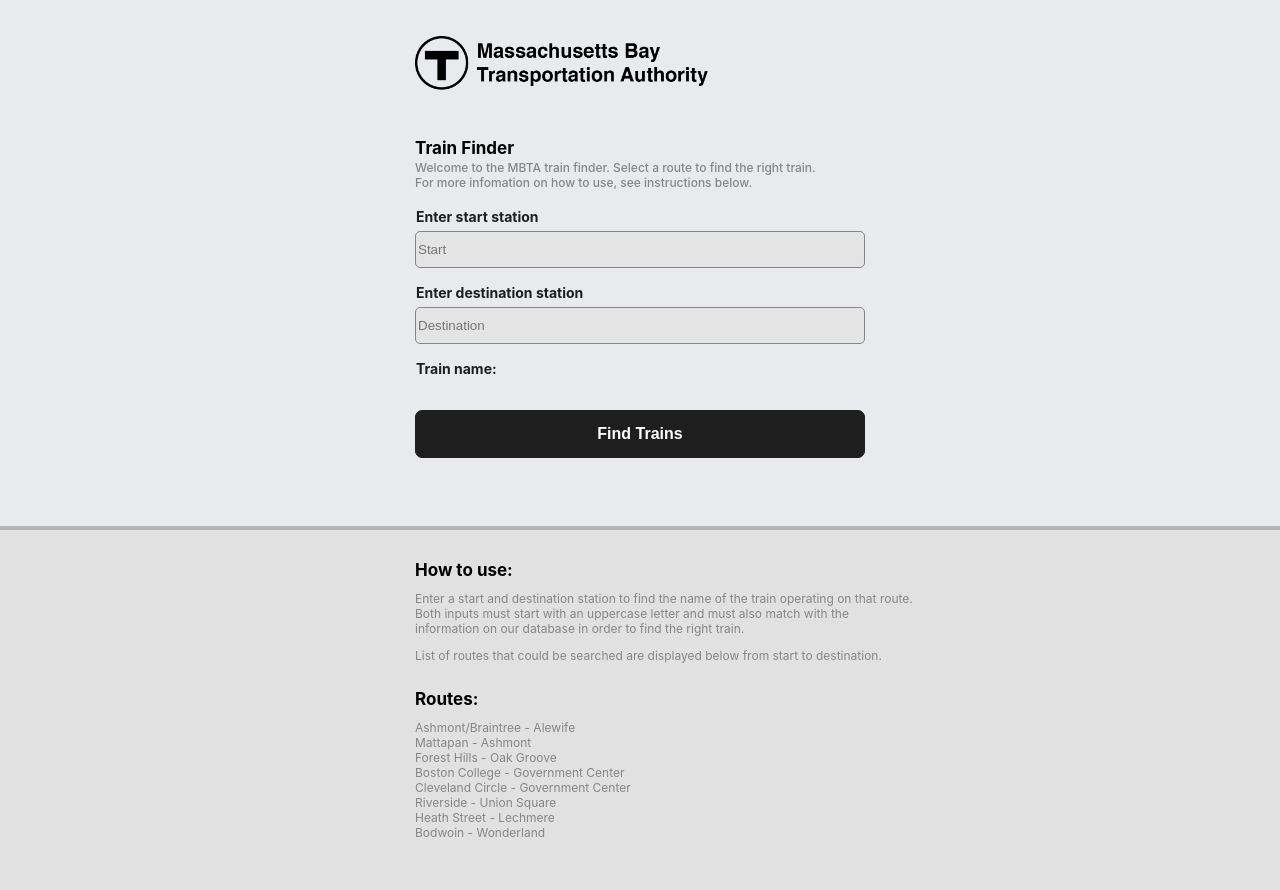
Repository: jumadesigns/mbta-train-finder
Page: / (app in mbta-app/)
The author's editor kept a copy of each file at every save. The page is drawn from the files as they stood at one save, then again after the next save.
The browser window is 1280 px wide. The pictures show the whole page.
The page's requests for data from a server got no answer. The project was rebuilt for these pictures with package versions that can differ from the ones it lists, and the page was loaded fresh each time. No one was signed in, and anything a server would have sent is missing.

Above is the page before, as saved 2022-09-27 00:03:10.

### mbta-app/src/index.css
body {
  margin: 0;
  font-family: -apple-system, BlinkMacSystemFont, "Segoe UI", "Roboto", "Oxygen",
    "Ubuntu", "Cantarell", "Fira Sans", "Droid Sans", "Helvetica Neue",
    sans-serif;
  -webkit-font-smoothing: antialiased;
  -moz-osx-font-smoothing: grayscale;
  height: 100vh;
}

.App {
  text-align: center;
}

.App-logo {
  margin-top: 3vh;
  max-width: 65%;
  max-height: 65%;
  margin-right: 25vh;
}

.header-title {
  text-align: left;
  margin-top: 6vh;
  font-size: 17px;
}

.header-subtitle {
  color: #858689;
  font-size: 12px;
  font-weight: 500;
  text-align: left;
  margin-top: -2vh;
}

.input-div {
  display: flex;
  flex-direction: column;
  justify-content: center;
  align-items: center;
  background-color: #e9eaed;
}

.input-container {
  margin-top: 2vh;
  height: 55vh;
  width: 450px;
  margin-bottom: 16vh;
}

.mbta-input-container {
  display: flex;
  flex-direction: column;
  justify-content: space-between;
  align-items: left;
}

.label-title {
  font-size: 14px;
  color: #1e1e1e;
  text-align: left;
  padding: 1px;
  margin: 5px;
  margin-bottom: 10px;
  margin-left: 0px;
}

.find-train-button {
  height: 48px;
  background-color: #1e1e1e;
  color: white;
  border: 1.5px solid #1e1e1e;
  border-radius: 7px;
}

.button-text {
  text-align: center;
  font-size: 16px;
  margin-top: 13px;
}

.input-bar {
  background: #e4e4e4;
  border: 1.5px solid #858689;
  border-radius: 5px;
  height: 33px;
  margin-bottom: 10px;
  margin-top: -5px;
}

.train-title {
  margin-bottom: 0vh;
}

#train-name {
  font-weight: 700;
  font-size: 20px;
  color: #1e1e1e;
  margin-bottom: 0px;
}

#train-name-not-found {
  font-size: 15px;
  font-weight: 700;
  margin-top: 0vh;
  color: red;
}

#error-message {
  margin-top: 1vh;
  color: red;
  font-size: 15px;
  font-weight: 700;
}

.bottom-container {
  position: absolute;
  bottom: 40;
  width: 100%;
  background-color: #e1e1e1;
  border-top: 4px #b5b5b5 solid;
  height: 50vh;
  display: flex;
  flex-direction: column;
  justify-content: center;
  align-items: center;
}

.bottom-center-div {
  height: 350px;

  width: 450px;
  margin-top: -3vh;
}

.bottom-section-title-1 {
  position: absolute;
  font-weight: 700;
  font-size: 17px;
  margin-top: 5vh;
  margin-right: 25vw;
}

.bottom-section-title-2 {
  position: absolute;
  font-weight: 700;
  font-size: 17px;
  margin-top: 2vh;
  margin-right: 25vw;
}

.bottom-section-paragraph-1 {
  font-size: 12px;
  text-align: left;
  color: #858689;
  margin-top: 9.3vh;
  width: 500px;
}

.bottom-section-paragraph-2 {
  font-size: 12px;
  text-align: left;
  color: #858689;
  margin-top: 8vh;
  width: 500px;
}

### mbta-app/src/App.js
import logo from "./logo.png";
import "./index.css";
import Input from "./Input";

/*

  My name is Victor Nite. Thank you for allowing me the opportunity to build this app.
  Although i was required to just complete the steps on the instruction, I went ahead to implement
  some additional functionalities to enhance the the user experience of the app. Here is what i added.

  1. ** Validation Checks **
  Since the name of the stops returned from the API are case sensitive and a user might not know that, I
  implemented validation check to inform the user that the first letter of each word must be case sensitive.
  I also implemented another validation to the check if the stations are not entered correctly.

  2. ** List the stations **
  I also thought a first time user might not know what to search for or how to combine
  the right stations to find a train. So i displayed a list of the stations to aide first time users.

  3. ** Interactive UI **
  I implemented an interactive UI with the official MBTA logo and their style guidelines. I also displayed
  instructions on how to use the app on the UI


  ** ISSUES I HAD **
  I was able to attempt all the steps however, i couldn't make progess with Step 2 simply because all the objects
  with the MBTA trains all returned 2 stops so there was nothing to compare them with.


  I added some comment alongside some of the code for better understanding on my thought process.

*/

function App() {
  return (
    <div className="App">
      <div className="input-div">
        <div className="input-container">
          <header className="App-header">
            <img src={logo} className="App-logo" alt="logo" />
            <h3 className="header-title">Train Finder</h3>
            <p className="header-subtitle">
              Welcome to the MBTA train finder. Select a route to find the right train. <br></br>
              For more infomation on how to use, see instructions below.
            </p>
          </header>

          <Input />
        </div>
      </div>
      <div className="bottom-container">
        <div className="bottom-center-div">
          <h3 className="bottom-section-title-1">How to use:</h3>

          <p className="bottom-section-paragraph-1">
            Enter a start and destination station to find the name of the train
            operating on that route. Both inputs must start with an uppercase
            letter and must also match with the information on our database in
            order to find the right train.
            <p>
              List of routes that could be searched are displayed below from
              start to destination.
            </p>
          </p>

          <h3 className="bottom-section-title-2">Routes:</h3>

          <p className="bottom-section-paragraph-2">
            Ashmont/Braintree - Alewife <br></br>
            Mattapan - Ashmont <br></br>
            Forest Hills - Oak Groove <br></br>
            Boston College - Government Center <br></br>
            Cleveland Circle - Government Center <br></br>
            Riverside - Union Square <br></br>
            Heath Street - Lechmere <br></br>
            Bodwoin - Wonderland <br></br>
          </p>
        </div>
      </div>
    </div>
  );
}

export default App;

### mbta-app/src/Input.js
import "./index.css";
import Axios from "axios";
import React from "react";
import { useEffect, useState } from "react";

/*

  My name is Victor Nite. Thank you for allowing me the opportunity to build this app.
  Although i was required to just complete the steps on the instruction, I went ahead to implement
  some additional functionalities to enhance the the user experience of the app. Here is what i added.

  1. ** Validation Checks **
  Since the name of the stops returned from the API are case sensitive and a user might not know that, I
  implemented validation check to inform the user that the first letter of each word must be case sensitive.
  I also implemented another validation to the check if the stations are not entered correctly.

  2. ** List the stations **
  I also thought a first time user might not know what to search for or how to combine
  the right stations to find a train. So i displayed a list of the stations to aide first time users.

  3. ** Interactive UI **
  I implemented an interactive UI with the official MBTA logo and their style guidelines. I also displayed
  instructions on how to use the app on the UI


  ** ISSUES I HAD **
  I was able to attempt all the steps however, i couldn't make progess with Step 2 simply because all the objects
  with the MBTA trains all returned 2 stops so there was nothing to compare them with.


  I added some comment alongside some of the code for better understanding on my thought process.

*/

function Input() {
  const [responseData, setResponseData] = useState([]);
  const [start, setStart] = useState("");
  const [destination, setDestination] = useState("");
  const [foundTrains, setFoundTrains] = useState("");
  const [errorText, setErrorText] = useState("");
  const [notFound, setNotFound] = useState("");

  //Makes the API call for Step 1 whenever the page loads.
  useEffect(() => {
    getData();
  }, []);

  //Checks on when there is no input.
  useEffect(() => {
    if (start === "" && destination === "") {
      setNotFound("");
      setErrorText("");
      setFoundTrains("");
    }
  }, [start, destination]);

  //Checks for inputs with the wrong answer.
  useEffect(() => {
    if (notFound !== "") {
      setFoundTrains("");
    }
  }, [notFound]);

  //Checks for when wrong answer is deleted.
  useEffect(() => {
    if (start && destination) {
      setNotFound("");
      console.log(start, destination);
    }
  }, [start, destination]);

  const handleStartChange = (event) => {
    const word = event.target.value;

    //Checks for validation to make sure first letter is uppercase. (New Feature)
    if (word.charAt(0) === word.charAt(0).toLowerCase()) {
      setErrorText(
        "*First letter must be Uppercase! Please delete and type again"
      );
    } else if (word.charAt(0) === word.charAt(0).toUpperCase()) {
      setErrorText("");
    }
    setStart(word);
  };

  const handleDestinationChange = (event) => {
    const word = event.target.value;

    //Checks for validation to make sure first letter is uppercase. (New Feature)
    if (word.charAt(0) === word.charAt(0).toLowerCase()) {
      setErrorText(
        "*First letter must be Uppercase! Please delete and type again"
      );
    } else if (word.charAt(0) === word.charAt(0).toUpperCase()) {
      setErrorText("");
    }
    setDestination(word);
  };

  const FindTrains = () => {
    const findTrains = responseData.filter((train) => {
      return (
        train.attributes.direction_destinations.includes(start) &&
        train.attributes.direction_destinations.includes(destination)
      );
    });

    //Checks for when the search returns no data, updates the state to display a message.
    if (findTrains.length > 0) {
      const found = findTrains
        .map((train) => train.attributes.long_name)
        .join("line, ");
      setFoundTrains(found);
    } else {
      setNotFound(
        "*No train was found! Please clear all inputs and search again."
      );
    }
  };

  const getData = () => {
    /*
        Fetch the API. Using the second API link because it returns a more
        filtered list unlike the first one.
    */
    Axios.get("https://api-v3.mbta.com/routes?filter[type]=0,1").then(
      (response) => {
        //Put response in a variable
        const res = response.data;
        //console.log(res.data);

        //Map through the res variable to log to the name of trains to the console as required for Step 1.
        res.data.map((val) => console.log(val.attributes.long_name));

        //Set response to the state
        setResponseData(res.data);
      }
    );
  };

  return (
    <div className="">
      <div className="mbta-input-container">
        <h4 className="label-title">Enter start station</h4>
        <input
          className="input-bar"
          type="text"
          value={start}
          placeholder="Start"
          onChange={(e) => handleStartChange(e)}
        />
        <h4 className="label-title">Enter destination station</h4>
        <input
          className="input-bar"
          type="text"
          value={destination}
          placeholder="Destination"
          onChange={(e) => handleDestinationChange(e)}
        />
        <h4 className="label-title train-title">Train name:</h4>
        <h2 id="train-name">{foundTrains}</h2>
        <p id="train-name-not-found">{notFound}</p>

        <button onClick={FindTrains} className="find-train-button">
          <h3 className="button-text">Find Trains</h3>
        </button>

        <span id="error-message">{errorText}</span>
      </div>
    </div>
  );
}

export default Input;

Loaded but not shown: mbta-app/public/index.html (common file); mbta-app/src/index.js (common file)

After the next save:
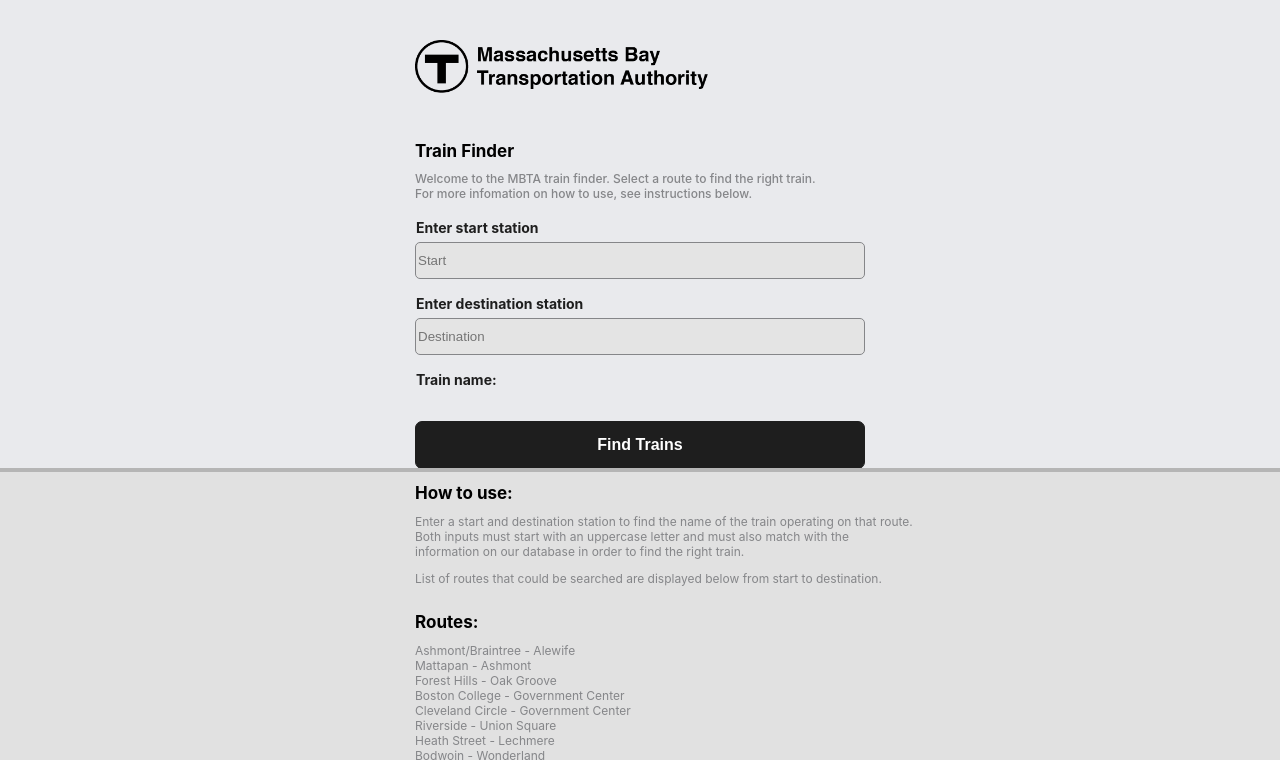
Saved 21 s later.
--- a/mbta-app/src/index.css
+++ b/mbta-app/src/index.css
@@ -30,7 +30,7 @@
   font-size: 12px;
   font-weight: 500;
   text-align: left;
-  margin-top: -2vh;
+  margin-top: -1vh;
 }
 
 .input-div {
@@ -39,13 +39,14 @@
   justify-content: center;
   align-items: center;
   background-color: #e9eaed;
+  height: 65vh;
 }
 
 .input-container {
   margin-top: 2vh;
-  height: 55vh;
+  height: 50vh;
   width: 450px;
-  margin-bottom: 16vh;
+  margin-bottom: 12vh;
 }
 
 .mbta-input-container {
@@ -119,7 +120,7 @@
   width: 100%;
   background-color: #e1e1e1;
   border-top: 4px #b5b5b5 solid;
-  height: 50vh;
+  height: 40vh;
   display: flex;
   flex-direction: column;
   justify-content: center;
@@ -127,10 +128,12 @@
 }
 
 .bottom-center-div {
-  height: 350px;
-
+  height: 400px;
   width: 450px;
-  margin-top: -3vh;
+  margin-top: -10px;
+  top: 40%;
+  position: static;
+  /*background-color: blue;*/
 }
 
 .bottom-section-title-1 {
